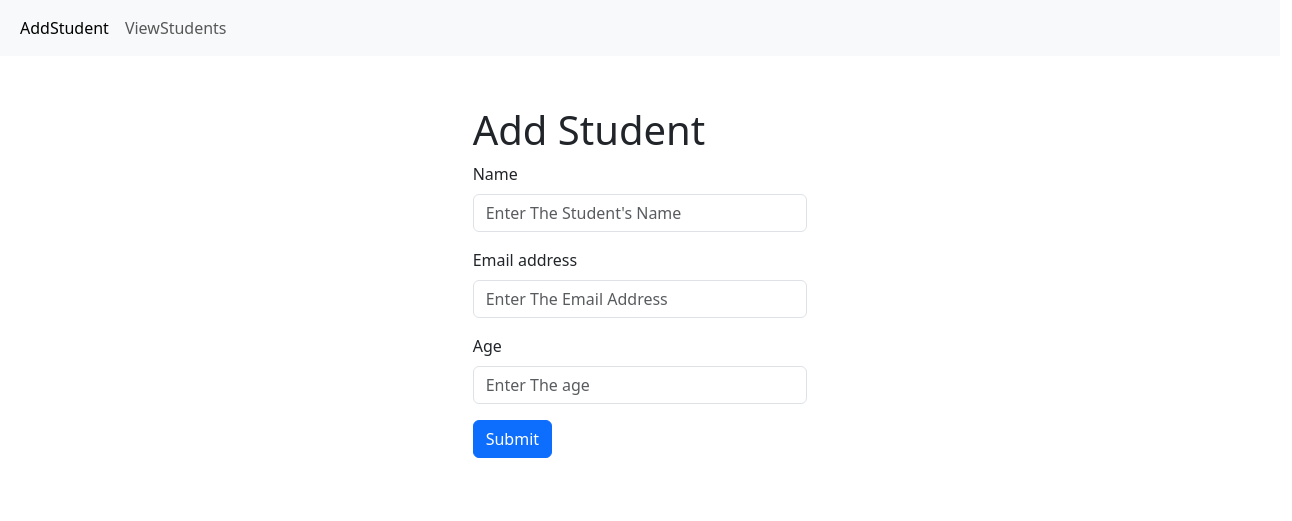
Repository: Manojs14/StudentManagementSystem
Page: http://localhost/Crud_form/
These files come from the project's save history. The page is drawn as it stood at one moment and after the next save; the edit follows.
The browser window is 1280 px wide. The page is 1292 px wide, so the pictures cover 1292 px, including what lies to the right of the window. The pictures show the whole page.
The page is served by Tomcat 9. Nobody is signed in. The application's start-up code is not run.

Above is the page before, as saved 2024-07-11 08:48:18.

After the next save:
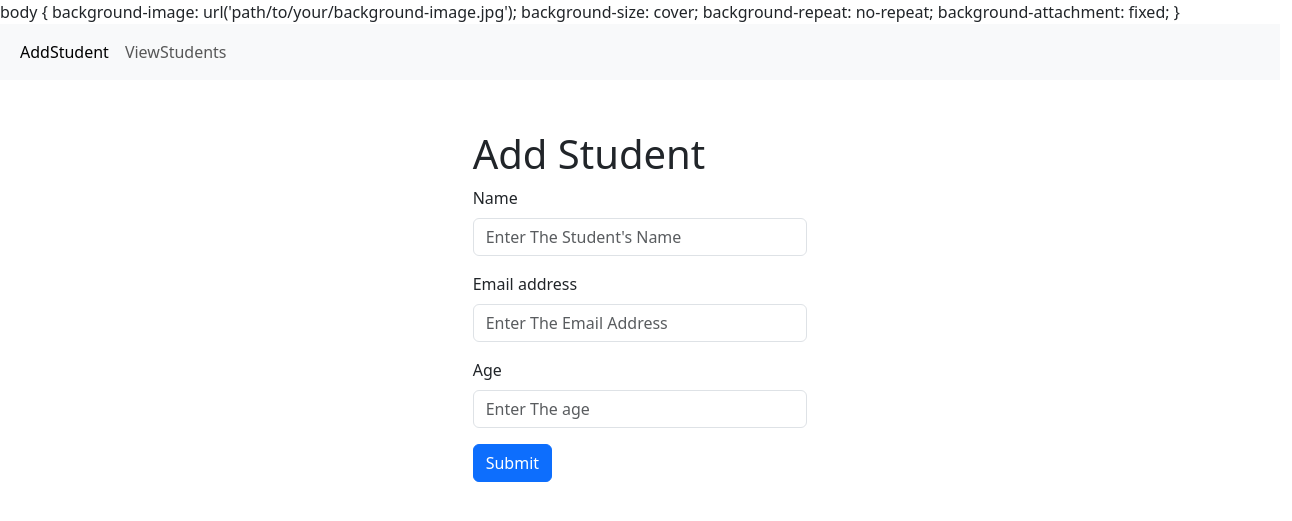
Saved 64 s later.
--- a/Crud_form/src/main/webapp/index.jsp
+++ b/Crud_form/src/main/webapp/index.jsp
@@ -5,6 +5,12 @@
 <head>
 <meta charset="UTF-8">
 <title>The Student Form</title>
+  body {
+            background-image: url('path/to/your/background-image.jpg');
+            background-size: cover;
+            background-repeat: no-repeat;
+            background-attachment: fixed;
+        }
 <link href="https://cdn.jsdelivr.net/npm/bootstrap@5.3.2/dist/css/bootstrap.min.css" rel="stylesheet" integrity="sha384-T3c6CoIi6uLrA9TneNEoa7RxnatzjcDSCmG1MXxSR1GAsXEV/Dwwykc2MPK8M2HN" crossorigin="anonymous">
 </head>
 <body>

After the save that followed:
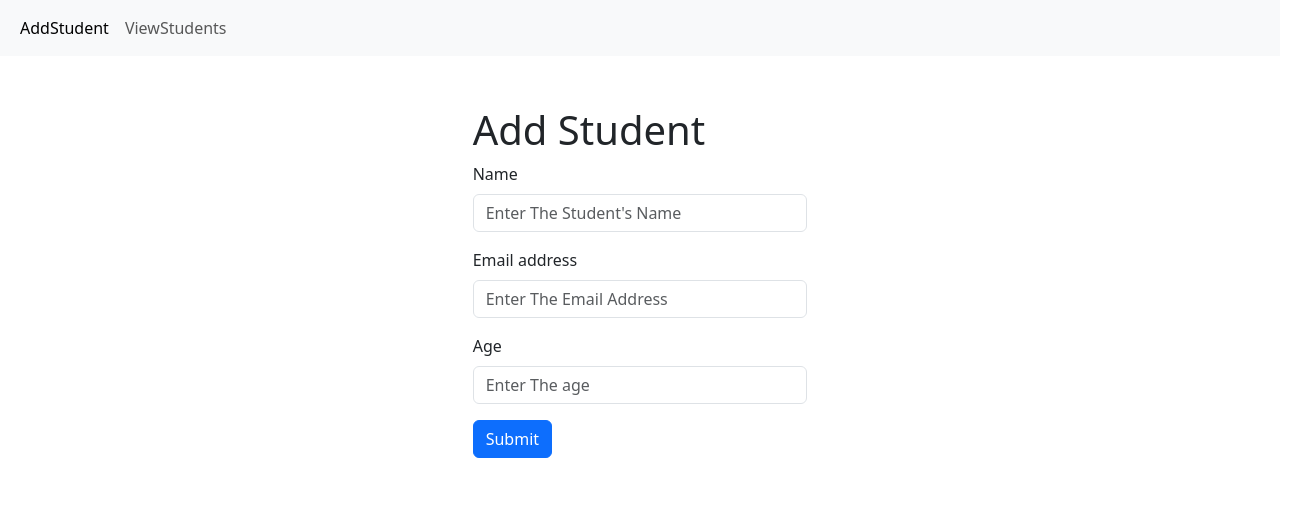
Not found: Crud_form/Crud_form/path/to/your/background-image.jpg
Saved 11 s later.
--- a/Crud_form/src/main/webapp/index.jsp
+++ b/Crud_form/src/main/webapp/index.jsp
@@ -5,12 +5,15 @@
 <head>
 <meta charset="UTF-8">
 <title>The Student Form</title>
+<style>
   body {
             background-image: url('path/to/your/background-image.jpg');
             background-size: cover;
             background-repeat: no-repeat;
             background-attachment: fixed;
         }
+
+</style>
 <link href="https://cdn.jsdelivr.net/npm/bootstrap@5.3.2/dist/css/bootstrap.min.css" rel="stylesheet" integrity="sha384-T3c6CoIi6uLrA9TneNEoa7RxnatzjcDSCmG1MXxSR1GAsXEV/Dwwykc2MPK8M2HN" crossorigin="anonymous">
 </head>
 <body>
